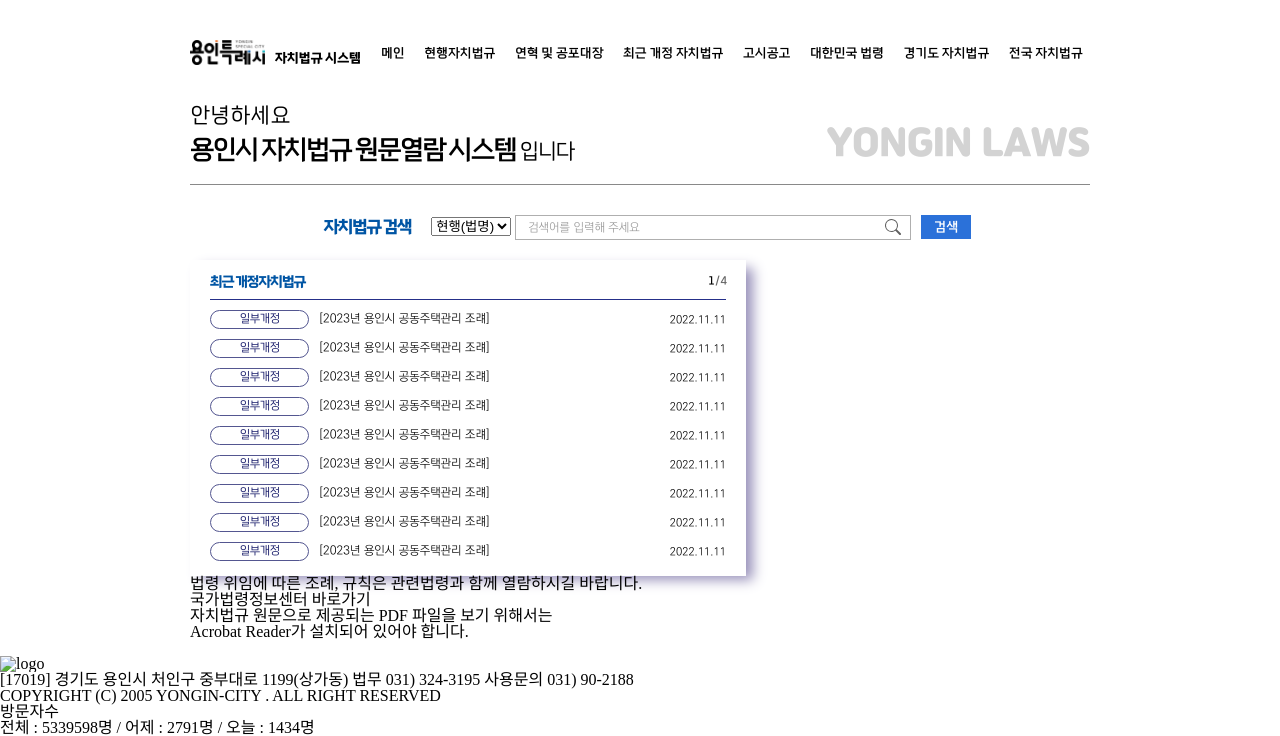
Repository: makeditWeb/yongin_laws
Page: index.html
The author's editor kept a copy of each file at every save. The page is drawn from the files as they stood at one save, then again after the next save.
The browser window is 1280 px wide. The pictures show the whole page.

Above is the page before, as saved 2024-03-24 11:51:06.

### index.html
<!DOCTYPE html>
<html lang="en">
<head>
    <meta charset="UTF-8">
    <meta name="viewport" content="width=device-width, initial-scale=1.0">
    <title>자치법규 시스템</title>

    <link rel="stylesheet" href="./css/reset.css">
    <link rel="stylesheet" href="./css/style.css">
</head>
<body>

    <header>
        <div class="header_wrapp">
            <div class="logo">
                <img src="./img/logo.png" alt="logo">
                <p>자치법규 시스템</p>
            </div>
            <nav class="nav_item">
                <ul>
                    <li>
                        <a href="javascript:void(0)">메인</a>
                    </li>
                    <li>
                        <a href="javascript:void(0)">현행자치법규</a>
                    </li>
                    <li>
                        <a href="javascript:void(0)">연혁 및 공포대장</a>
                    </li>
                    <li>
                        <a href="javascript:void(0)">최근 개정 자치법규</a>
                    </li>
                    <li>
                        <a href="javascript:void(0)">고시공고</a>
                    </li>
                    <li>
                        <a href="javascript:void(0)">대한민국 법령</a>
                    </li>
                    <li>
                        <a href="javascript:void(0)">경기도 자치법규</a>
                    </li>
                    <li>
                        <a href="javascript:void(0)">전국 자치법규</a>
                    </li>
                </ul>
            </nav>
        </div>

    </header>


    <section class="section">
        <div class="greeting_wrap">
            <div class="greeting_left">
                <h3 class="sub-title">안녕하세요</h3>
                <p>용인시 자치법규 원문열람 시스템 <span>입니다</span></p>
            </div>
            <p class="greeting_right">
                YONGIN LAWS
            </p>
        </div>

        <div class="search_wrap">
            <p>자치법규 검색</p>
            <div class="search_bar">

                <form class="search-container">
                    <select>
                        <option value="1">현행(법명)</option>
                        <option value="2">현행(법명)</option>
                        <option value="3">현행(법명)</option>
                        <option value="4">현행(법명)</option>
                    </select>
                    <input type="text" id="search-bar" placeholder="검색어를 입력해 주세요">
                    <svg class="search-icon" xmlns="http://www.w3.org/2000/svg" width="16" height="16" fill="currentColor" class="bi bi-search" viewBox="0 0 16 16">
                        <path d="M11.742 10.344a6.5 6.5 0 1 0-1.397 1.398h-.001q.044.06.098.115l3.85 3.85a1 1 0 0 0 1.415-1.414l-3.85-3.85a1 1 0 0 0-.115-.1zM12 6.5a5.5 5.5 0 1 1-11 0 5.5 5.5 0 0 1 11 0"/>
                    </svg>
                </form>
            </div>
            <button type="button" class="btn search-btn"> 검색</button>
        </div>

        <div class="main_dash_wrapp">
            <div class="left_dashboard dashboad_box">

                <div class="dashboard_head">
                    <div class="dash_board_title">최근 개정자치법규</div>
                    <div class="dash_sub_right">
                        <div class="page">
                            <p><span class="now-page">1</span> / 4</p>
                        </div>

                    </div>
                </div>
                <div class="dash_board_body">
                    <ul>
                        <li class="board_category">
                            <p>일부개정</p>
                        </li>
                        <li class="board_title">
                            [2023년 용인시 공동주택관리 조럐]
                        </li>
                        <li class="board_date">
                            2022.11.11
                        </li>
                    </ul>
                    <ul>
                        <li class="board_category">
                            <p>일부개정</p>
                        </li>
                        <li class="board_title">
                            [2023년 용인시 공동주택관리 조럐]
                        </li>
                        <li class="board_date">
                            2022.11.11
                        </li>
                    </ul>
                    <ul>
                        <li class="board_category">
                            <p>일부개정</p>
                        </li>
                        <li class="board_title">
                            [2023년 용인시 공동주택관리 조럐]
                        </li>
                        <li class="board_date">
                            2022.11.11
                        </li>
                    </ul>
                    <ul>
                        <li class="board_category">
                            <p>일부개정</p>
                        </li>
                        <li class="board_title">
                            [2023년 용인시 공동주택관리 조럐]
                        </li>
                        <li class="board_date">
                            2022.11.11
                        </li>
                    </ul>
                    <ul>
                        <li class="board_category">
                            <p>일부개정</p>
                        </li>
                        <li class="board_title">
                            [2023년 용인시 공동주택관리 조럐]
                        </li>
                        <li class="board_date">
                            2022.11.11
                        </li>
                    </ul>
                    <ul>
                        <li class="board_category">
                            <p>일부개정</p>
                        </li>
                        <li class="board_title">
                            [2023년 용인시 공동주택관리 조럐]
                        </li>
                        <li class="board_date">
                            2022.11.11
                        </li>
                    </ul>
                    <ul>
                        <li class="board_category">
                            <p>일부개정</p>
                        </li>
                        <li class="board_title">
                            [2023년 용인시 공동주택관리 조럐]
                        </li>
                        <li class="board_date">
                            2022.11.11
                        </li>
                    </ul>
                    <ul>
                        <li class="board_category">
                            <p>일부개정</p>
                        </li>
                        <li class="board_title">
                            [2023년 용인시 공동주택관리 조럐]
                        </li>
                        <li class="board_date">
                            2022.11.11
                        </li>
                    </ul>
                    <ul>
                        <li class="board_category">
                            <p>일부개정</p>
                        </li>
                        <li class="board_title">
                            [2023년 용인시 공동주택관리 조럐]
                        </li>
                        <li class="board_date">
                            2022.11.11
                        </li>
                    </ul>
                </div>

            </div>

            <div class="right_dashboard">
                <div class="grid_wrap dashboad_box">
                    <div class="grid_dashboard grid-width70">

                    </div>
                    <div class="grid_dashboard grid-width30">

                    </div>
                </div>
                <div class="grid_bottom dashboad_box">

                </div>
            </div>
        </div>


        <div class="">
            <p>법령 위임에 따른 조례, 규칙은 관련법령과 함께 열람하시길 바랍니다.</p>
            <div class="link_short">
                국가법령정보센터 바로가기
            </div>
        </div>
        <div>
            <p>자치법규 원문으로 제공되는 PDF 파일을 보기 위해서는
            <br>Acrobat Reader가 설치되어 있어야 합니다.</p>
            <div class="icon_permi">
                <img src="">
            </div>
        </div>

    </section>

    <footer>
        <div class="footer_wrapp">
            <div class="footer_wrapp_left">
                <div class="logo">
                    <img src="" alt="logo">
                </div>
                <div class="company_info">
                    <p>[17019] 경기도 용인시 처인구 중부대로 1199(상가동)     법무  031) 324-3195    사용문의   031)  90-2188 </p>
                    <p> COPYRIGHT (C) 2005 YONGIN-CITY .  ALL  RIGHT  RESERVED</p>
                </div>
            </div>
            <div class="footer_wrapp_right">
                <p class="footer_wrap_span">방문자수</p>
                <p class="footer_wrap_text">전체 : 5339598명 / 어제 : 2791명 / 오늘 : 1434명</p>
            </div>

        </div>

    </footer>
</body>
</html>

### css/style.css
:root{

}

/* font */

/* KoPubWorld-Batang */
@font-face {
    font-family: 'KoPBatang';
    font-weight: 300;
    src: url('../fonts/KoPubWorld-Batang-Light.otf') format(otf),
        url('../fonts/KoPubWorld-Batang-Light.woff2') format(woff2);
}

@font-face {
    font-family: 'KoPBatang';
    font-weight: 500;
    src: url('../fonts/KoPubWorld-Batang-Medium.otf') format(otf),
        url('../fonts/KoPubWorld-Batang-Medium.woff2') format(woff2);
}

@font-face {
    font-family: 'KoPBatang';
    font-weight: 700;
    src: url('../fonts/KoPubWorld-Batang-Bold.otf') format(otf),
        url('../fonts/KoPubWorld-Batang-Bold.woff2') format(woff2);
}

/* KoPubWorld-Dotum  */

@font-face {
    font-family: 'KoPDotum';
    font-weight: 300;
    src: url('../fonts/KoPubWorld-Dotum-Light.otf') format(otf),
        url('../fonts/KoPubWorld-Dotum-Light.woff2') format(woff2);
}

@font-face {
    font-family: 'KoPBatang';
    font-weight: 500;
    src: url('../fonts/KoPubWorld-Dotum-Medium.otf') format(otf),
        url('../fonts/KoPubWorld-Dotum-Medium.woff2') format(woff2);
}

@font-face {
    font-family: 'KoPBatang';
    font-weight: 700;
    src: url('../fonts/KoPubWorld-Dotum-Bold.otf') format(otf),
        url('../fonts/KoPubWorld-Dotum-Bold.woff2') format(woff2);
}


/* TheJamsil */


@font-face {
    font-family: 'TheJamsil';
    font-weight:100;
    src: url('../fonts/TheJamsil-Thin.otf') format(otf),
        url('../fonts/TheJamsil-Thin.woff2') format(woff2);
}

@font-face {
    font-family: 'TheJamsil';
    font-weight: 300;
    src: url('../fonts/TheJamsil-Light.otf') format(otf),
        url('../fonts/TheJamsil-Light.woff2') format(woff2);
}

@font-face {
    font-family: 'TheJamsil';
    font-weight: 400;
    src: url('../fonts/TheJamsil-Regular.otf') format(otf),
        url('../fonts/TheJamsil-Regular.woff2') format(woff2);
}


@font-face {
    font-family: 'TheJamsil';
    font-weight: 500;
    src: url('../fonts/TheJamsil-Medium.otf') format(otf),
        url('../fonts/TheJamsil-Medium.woff2') format(woff2);
}

@font-face {
    font-family: 'TheJamsil';
    font-weight: 700;
    src: url('../fonts/TheJamsil-Bold.otf') format(otf),
        url('../fonts/TheJamsil-Bold.woff2') format(woff2);
}

@font-face {
    font-family: 'TheJamsil';
    font-weight: 800;
    src: url('../fonts/TheJamsil-ExtraBold.otf') format(otf),
        url('../fonts/TheJamsil-ExtraBold.woff2') format(woff2);
}


/* Jalna */

@font-face {
    font-family: 'Jalnan';
    src: url('../fonts/JalnanOTF00.otf') format(otf),
        url('../fonts/JalnanOTF00.woff2') format(woff2);
}

/*  NPSfont */

@font-face {
    font-family: 'NPSfont';
    src: url('../fonts/NPSfontBold.otf') format(otf),
        url('../fonts/NPSfontBold.woff2') format(woff2);
}


.section{
    max-width: 900px;
    margin: 0 auto;
}

button{
    box-shadow: none;
    outline: none;
}
/* main */


/* header */
.header_wrapp{
    max-width: 900px;
    margin: 0 auto;
    padding: 40px 0;
    display: flex;
    align-items: center;
}

header .logo{
    display: flex;
    align-items: flex-end;
    margin-right: 20px;
}

header .logo img{
    width: 75px;
    height: auto;
}

header .logo p{
    font-family: 'TheJamsil',sans-serif;
    font-size: 13px;
    margin-left: 10px;
    font-weight: 700;
}

.nav_item ul{
    display: flex;
    align-items: center;
    justify-content: space-between;
}

.nav_item{
    width: 78%;
}

.nav_item li{
    font-family: 'TheJamsil',sans-serif;

}

.nav_item li a{
    font-size: 13px;
    font-weight: 400;
    color: #000;
    text-decoration: none;
}


/* dashboard */

.greeting_wrap{
    width: 100%;
    display: flex;
    align-items: flex-end;
    justify-content: space-between;
    font-family: 'TheJamsil',sans-serif;
    padding-bottom: 20px;
    border-bottom: 1px solid #898989;
}

.greeting_wrap .greeting_left .sub-title{
    font-weight: 300;
    font-size: 22px;
}

.greeting_wrap .greeting_left p{
    font-size: 27px;
    font-weight: 400;
    margin-top: 10px;
    letter-spacing: -0.08em;
}

.greeting_wrap  .greeting_left p span{
    font-size: 22px;
    font-weight: 300;
}

.greeting_wrap .greeting_right{
    font-family: 'Jalnan', sans-serif;
    font-size: 36px;
    color: #d3d3d3;
}

.search_wrap{
    padding: 30px 20px 20px 35px;
    display: flex;
    align-items: center;
    justify-content: center;
}

.search_wrap p{
    font-family: 'TheJamsil';
    color: #0055a4;
    font-size: 17px;
    font-weight: 700;
    letter-spacing: -0.08em;
}

.search_bar{
    margin: 0 10px 0 20px;
}

.search_bar input{
    width: 396px;
    height: 25px;
    border:1px solid #afafaf;
    font-family: 'KoPDotum',sans-serif;
    padding: 10px 12px;
    box-sizing: border-box;
}

.search_bar input:focus{
    outline: none;
}

.search_bar input::placeholder{
    font-size: 12px;
    color: #999999;
}

.search_bar form{
    position: relative;
}

.search_bar .search-icon{
    top: 50%;
    right: 10px;
    transform: translate(0,-50%);
    position: absolute;
    fill: #606060;
}

.search_wrap .search-btn{
    width: 50px;
    height: 24px;
    display: flex;
    align-items: center;
    justify-content: center;
    background-color: #2b71d9;
    color: #fff;
    font-family: 'TheJamsil',sans-serif;
    font-weight: 400;
    border: none;
}


/* dashboard */

.main_dash_wrapp{
    display: flex;
    width: 100%;
}

.main_dash_wrapp .dashboad_box{
    -webkit-box-shadow: 9px 6px 12px -2px #9891BA;
    box-shadow: 9px 6px 12px -2px #9891BA;
}

.main_dash_wrapp .left_dashboard{
    width: 60%;
    padding: 15px 20px;
}


.main_dash_wrapp .right_dashboard{
    width: 40%;
}

.main_dash_wrapp .dashboard_head{
    display: flex;
    align-items: center;
    justify-content: space-between;
    padding-bottom: 10px;
    border-bottom: 1px solid #252f89;
}

.dashboard_head .page p{
    font-family: 'TheJamsil';
    font-weight: 400;
    font-size: 11px;
    letter-spacing: -0.08em;
    color: #686868;
}

.dashboard_head .page p .now-page{
    color: #000;
}

.dashboard_head .dash_board_title{
    font-family: 'TheJamsil';
    font-weight: 700;
    font-size: 14px;
    color: #0055a4;
    letter-spacing: -0.08em;
}

.left_dashboard .dash_board_body{
    padding-top: 10px;
}

.left_dashboard .dash_board_body ul{
    display: flex;
    align-items: center;
    margin-bottom: 10px;
}

.left_dashboard .dash_board_body ul li:nth-child(1){
    width: 20%;
}

.left_dashboard .dash_board_body ul li:nth-child(2){
    width: 60%;
}

.left_dashboard .dash_board_body ul li:nth-child(3){
    width: 20%;
}

.left_dashboard .dash_board_body ul:last-child{
    margin-bottom: 0;
}

.left_dashboard .dash_board_body ul li.board_category p{
    border:1px solid #535690;
    width: auto;
    height: 17px;
    border-radius: 50px;
    display: flex;
    align-items: center;
    justify-content: center;
    font-size: 12px;
    font-family: 'TheJamsil';
    font-weight: 300;
    padding: 0 5px;
    letter-spacing: -0.08em;
    color: #191d6b;
}

.left_dashboard .dash_board_body ul li.board_title{
    padding: 0 10px;
    font-family: 'KoPDotum',sans-serif;
    font-weight: 300;
    font-size: 12px;
}

.left_dashboard .dash_board_body ul li.board_date{
    text-align: right;
    font-family: 'KoPDotum',sans-serif;
    font-weight: 300;
    font-size: 11px;
}

Loaded but not shown: css/reset.css (common file)

After the next save:
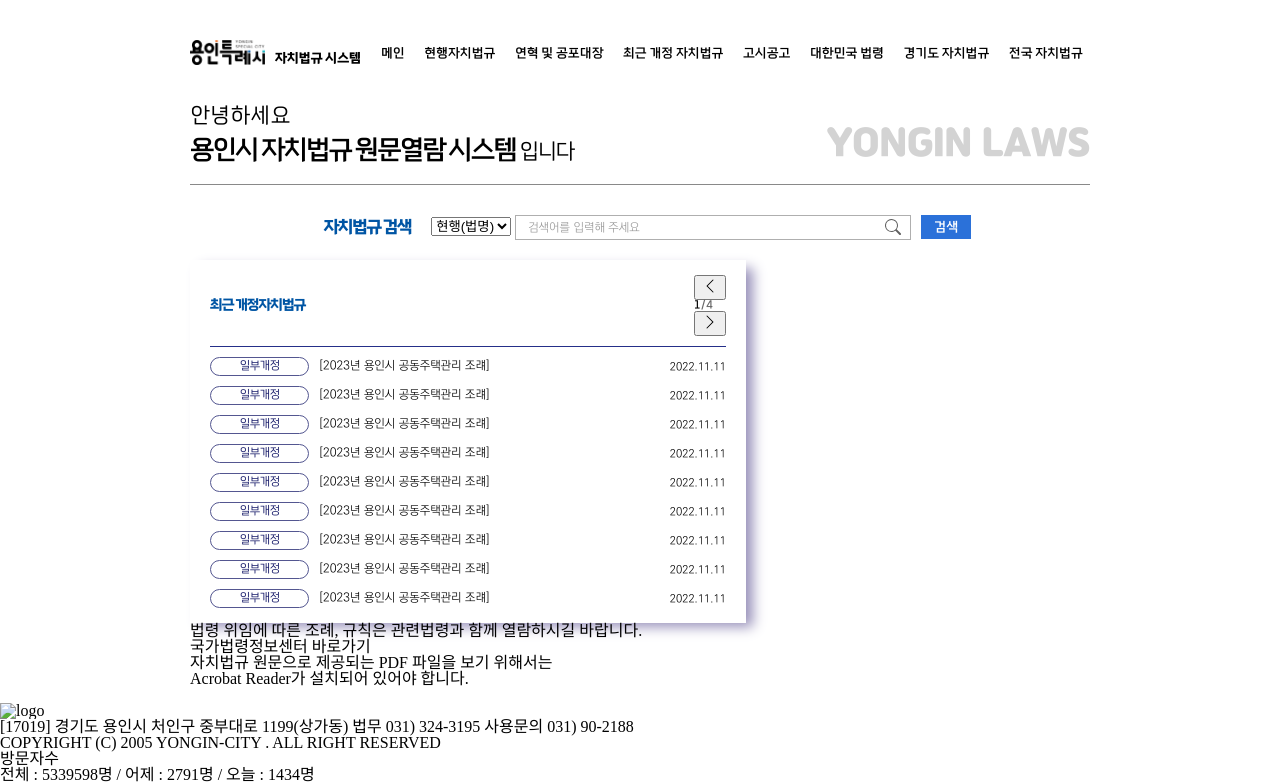
Saved 77 s later.
--- a/index.html
+++ b/index.html
@@ -87,7 +87,20 @@
                     <div class="dash_board_title">최근 개정자치법규</div>
                     <div class="dash_sub_right">
                         <div class="page">
+
+                            <button type="button">
+                                <svg class="page_prev" xmlns="http://www.w3.org/2000/svg" width="16" height="16" fill="currentColor" class="bi bi-chevron-left" viewBox="0 0 16 16">
+                                    <path fill-rule="evenodd" d="M11.354 1.646a.5.5 0 0 1 0 .708L5.707 8l5.647 5.646a.5.5 0 0 1-.708.708l-6-6a.5.5 0 0 1 0-.708l6-6a.5.5 0 0 1 .708 0"/>
+                                </svg>
+                            </button>
+
                             <p><span class="now-page">1</span> / 4</p>
+
+                            <button type="button">
+                                <svg class="page_next" xmlns="http://www.w3.org/2000/svg" width="16" height="16" fill="currentColor" class="bi bi-chevron-right" viewBox="0 0 16 16">
+                                    <path fill-rule="evenodd" d="M4.646 1.646a.5.5 0 0 1 .708 0l6 6a.5.5 0 0 1 0 .708l-6 6a.5.5 0 0 1-.708-.708L10.293 8 4.646 2.354a.5.5 0 0 1 0-.708"/>
+                                </svg>
+                            </button>
                         </div>
 
                     </div>
